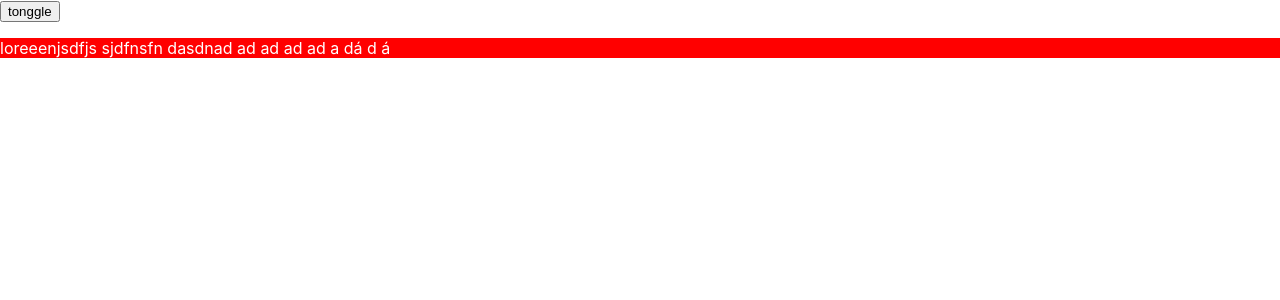
Repository: thinh909thinh/tiktok
Page: /
An editor plug-in stored every save of this project. The page is shown before and after the next save, followed by the edit.
The browser window is 1280 px wide. The pictures show the whole page.
The project was rebuilt for these pictures with package versions that can differ from the ones it lists, and the page was loaded fresh each time.

Above is the page before, as saved 2022-08-25 00:42:49.

### src/App.js
import React from "react";
import { useRef } from 'react'
import { useState, useReducer, useEffect, useMemo, createContext } from "react";
import Content from './Video'
// import Video from "./Video";

// function App() {
//   const useVideoRef = useRef()
//   const handlePlay = () => {
//     useVideoRef.current.play()
//   }
//   const handlePause = () => {
//     useVideoRef.current.pause()
//   }

//   return (
//     <div>
//       <h1>React</h1>
//       <Video ref={useVideoRef}></Video>
//       <button onClick={handlePlay}>p</button>
//       <button onClick={handlePause}>pause</button>
//     </div>

//   );
// }

function App() {
  const [theme, setTheme] = useState("dark")
  const themeContex = createContext()
  console.log(themeContex)
  const tonggleTheme = () => {
    setTheme(theme === 'dark' ? "light" : 'dark')
  }
  return (
    <themeContex.Provider>

      <div>
        <button onClick={tonggleTheme}>tonggle</button>
        <Content theme={theme}></Content>
      </div>
    </themeContex.Provider>
  )
}
export default App;

### src/Video.js
// import { forwardRef ,useImperativeHandle ,useRef} from 'react'
// import video1 from './video/video-1.mp4'
// function Video(porps,ref) {
//     const refs= useRef()
//     useImperativeHandle (ref,()=>({
//         play() {
//             refs.current.play()
//         },
//         pause() {
//             refs.current.pause()
//         }

//     }))
//     return (

//         <>
//             <video
//             ref={refs}
//             src={video1}
//             width={280}>


//             </video>

//         </>
//     )
// }
// export default forwardRef(Video )
import Para from './Para'
function Content({theme}){
return(
    <div>
        <Para theme={theme} />
    </div>
)
}
export default Content

### src/Para.js
import "./App.css"
function Para({theme}){
    console.log(theme);
    return (
            <div className={theme}>
                <p> loreeenjsdfjs sjdfnsfn dasdnad  ad ad  ad ad a dá d á </p>
            </div>
    )
}
export default Para

### src/App.css
.App {
  text-align: center;
}

.App-logo {
  height: 40vmin;
  pointer-events: none;
}

@media (prefers-reduced-motion: no-preference) {
  .App-logo {
    animation: App-logo-spin infinite 20s linear;
  }
}

.App-header {
  background-color: #282c34;
  min-height: 100vh;
  display: flex;
  flex-direction: column;
  align-items: center;
  justify-content: center;
  font-size: calc(10px + 2vmin);
  color: white;
}

.App-link {
  color: #61dafb;
}

@keyframes App-logo-spin {
  from {
    transform: rotate(0deg);
  }
  to {
    transform: rotate(360deg);
  }
}
.dark{
  background-color: red;
  color: white;
}

Loaded but not shown: public/index.html (common file); src/index.js (common file); src/index.css (common file); src/reportWebVitals.js (common file)

After the next save:
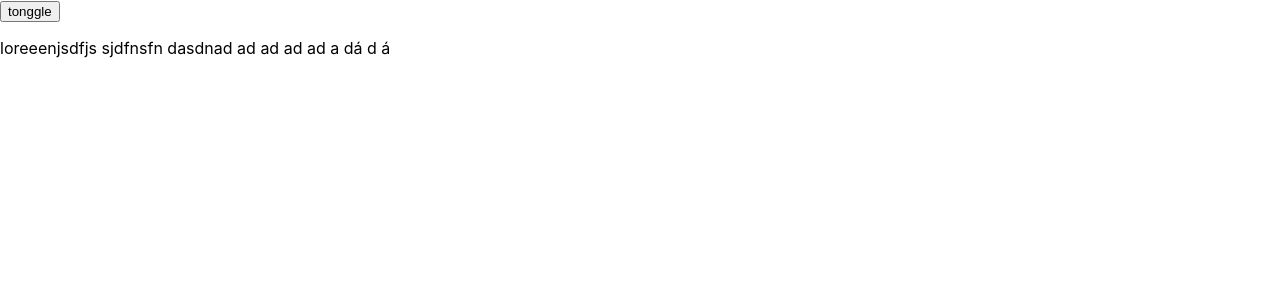
Saved 42 s later.
--- a/src/App.js
+++ b/src/App.js
@@ -32,11 +32,11 @@ function App() {
     setTheme(theme === 'dark' ? "light" : 'dark')
   }
   return (
-    <themeContex.Provider>
+    <themeContex.Provider value={theme}>
 
       <div>
         <button onClick={tonggleTheme}>tonggle</button>
-        <Content theme={theme}></Content>
+        <Content ></Content>
       </div>
     </themeContex.Provider>
   )

After the 5 saves that followed:
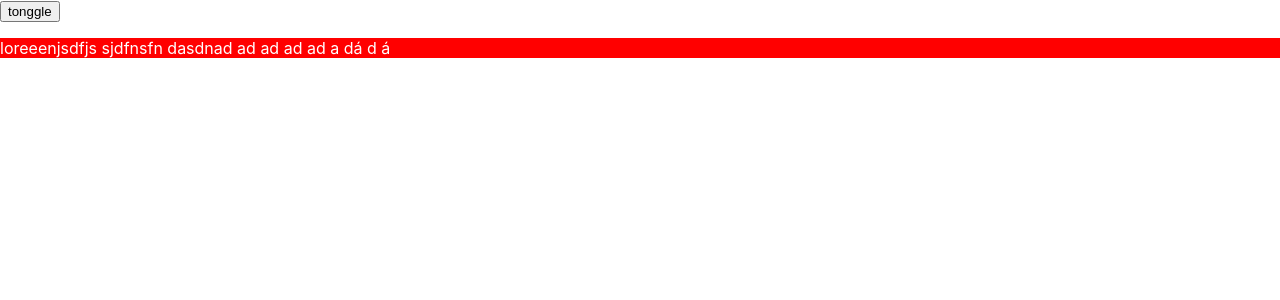
The 5 saves are shown as one change because 4 left the picture as it was.
The last was saved 4 min 38 s later.
--- a/src/App.js
+++ b/src/App.js
@@ -23,10 +23,10 @@ import Content from './Video'
 
 //   );
 // }
-
+export const themeContex = createContext()
 function App() {
   const [theme, setTheme] = useState("dark")
-  const themeContex = createContext()
+
   console.log(themeContex)
   const tonggleTheme = () => {
     setTheme(theme === 'dark' ? "light" : 'dark')
--- a/src/Video.js
+++ b/src/Video.js
@@ -27,10 +27,10 @@
 // }
 // export default forwardRef(Video )
 import Para from './Para'
-function Content({theme}){
+function Content(){
 return(
     <div>
-        <Para theme={theme} />
+        <Para  />
     </div>
 )
 }
--- a/src/Para.js
+++ b/src/Para.js
@@ -1,6 +1,8 @@
+import {themeContex} from './App'
+import { useContext } from 'react';
 import "./App.css"
 function Para({theme}){
-    console.log(theme);
+    theme=useContext(themeContex)
     return (
             <div className={theme}>
                 <p> loreeenjsdfjs sjdfnsfn dasdnad  ad ad  ad ad a dá d á </p>
